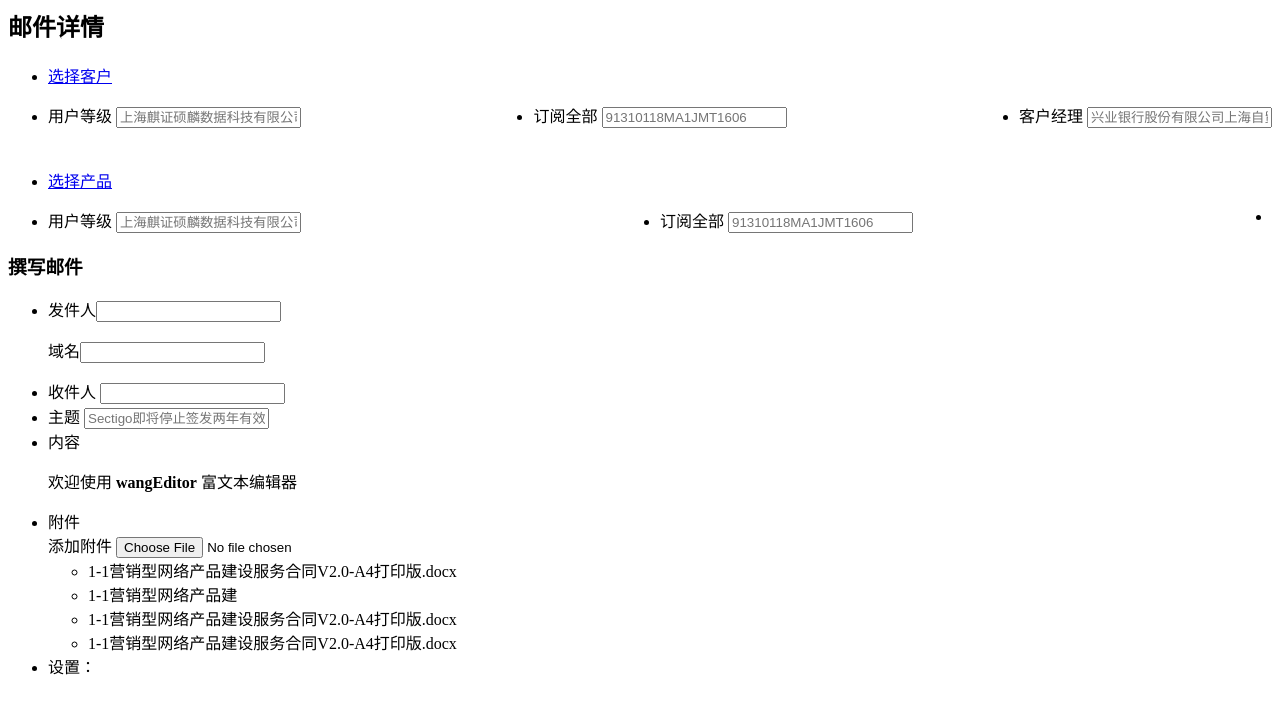
Repository: wangyan466393/racentSystem
Page: createEmail.html
These files come from the project's save history. The page is drawn as it stood at one moment and after the next save; the edit follows.
The browser window is 1280 px wide. The pictures show the whole page.

Above is the page before, as saved 2020-08-11 13:54:15.
Console error: ReferenceError: $ is not defined

### createEmail.html
<div id="content_box" class="createEmail_box">
    <h2>邮件详情</h2>
    <ul id="tab">
        <li style="background-color: #fff;"><a href="#">选择客户</a></li>
    </ul>
    <div id="content" style="margin-bottom: 40px;">
        <div id="order_all" >
            <div class="email_content">
                <ul style="display: flex;justify-content: space-between;">
                    <li>
                            <label for="">用户等级</label>
                            <input type="text" placeholder="上海麒证硕麟数据科技有限公司">
                    </li>
                    <li>
                        <label for="">订阅全部</label>
                            <input type="text" placeholder="91310118MA1JMT1606">
                    </li>
                    <li>
                       <label for="">客户经理</label>
                            <input type="text" placeholder="兴业银行股份有限公司上海自贸试验区支行">
                    </li>
                </ul>
                <!-- <table id="">
                    <tr>
                        <td>
                            <label for="">用户等级</label>
                            <input type="text" placeholder="上海麒证硕麟数据科技有限公司">
                        </td>
                        <td>
                            <label for="">订阅全部</label>
                            <input type="text" placeholder="91310118MA1JMT1606">
                        </td>
                        <td>
                            <label for="">客户经理</label>
                            <input type="text" placeholder="兴业银行股份有限公司上海自贸试验区支行">
                        </td>
                    </tr>
                </table> -->
            </div>
        </div>
    </div>
    <ul id="tab">
        <li style="background-color: #fff;"><a href="#">选择产品</a></li>
    </ul>
    <div id="content">
        <div id="order_all" >
            <div class="email_content">
                <ul style="display: flex;justify-content: space-between;">
                    <li>
                            <label for="">用户等级</label>
                            <input type="text" placeholder="上海麒证硕麟数据科技有限公司">
                    </li>
                    <li>
                        <label for="">订阅全部</label>
                            <input type="text" placeholder="91310118MA1JMT1606">
                    </li>
                    <li>

                    </li>
                </ul>
            </div>
        </div>
    </div>
</div>

<div class="edit_box">
    <h3>撰写邮件</h3>

    <div class="edit_content">
        <ul>
            <li>

                <p>
                    <span>发件人</span><input type="text" class="sender">
                </p>
                <p>
                    <span>域名</span><input type="text" class="domain_name">
                </p>

            </li>
            <li>
                <span>收件人</span>
                <input type="text" class="attn">
            </li>
            <li>
                <span>主题</span>
                <input type="text" class="theme" placeholder="Sectigo即将停止签发两年有效期证书，倒计时仅27天！">
            </li>
            <li>
                <span>内容</span>
                <div id="editor">
                    <p>欢迎使用 <b>wangEditor</b> 富文本编辑器</p>
                </div>
            </li>
            <li>
                <span>附件</span>
                <div class="upload-box">
                    <label for="file" class="upload-label">
                        添加附件
                        <input class="file-upload" type="file" id="file">
                    </label>
                </div>
                <div>
                    <ul class="file_view">
                        <li>1-1营销型网络产品建设服务合同V2.0-A4打印版.docx</li>
                        <li>1-1营销型网络产品建</li>
                        <li>1-1营销型网络产品建设服务合同V2.0-A4打印版.docx</li>
                        <li>1-1营销型网络产品建设服务合同V2.0-A4打印版.docx</li>
                    </ul>
                </div>
            </li>
            <li>
                <span>设置：</span>
            </li>
        </ul>
    </div>
</div>

<script src="js/wangEditor.min.js"></script>
<script type="text/javascript">


    $(".file-upload").change(function(){
       var file = $(this)[0].files[0];
        var reg= /\.(doc|docx|xlsx)$/;
        if((file.size / 1024 / 1024) > 10) {
            alert("your file size if out of 10M limit");
            return;
        } else if(!reg.test(file.name)) {
            alert("请上传文本文件");
            return;
        }

        $(".file_view").append("<li>"+file.name+"</li>")
    })



        var E = window.wangEditor
        var editor = new E('#editor')
        // 或者 var editor = new E( document.getElementById('editor') )
        editor.customConfig.menus =[
            'head',  // 标题
            'bold',  // 粗体
            'fontSize',  // 字号
            'fontName',  // 字体
            'italic',  // 斜体
            'underline',  // 下划线
            'strikeThrough',  // 删除线
            'foreColor',  // 文字颜色
            'backColor',  // 背景颜色
            'link',  // 插入链接
            'list',  // 列表
            'justify',  // 对齐方式
            'quote',  // 引用
            'emoticon',  // 表情
            'image',  // 插入图片
            'table',  // 表格
            'video',  // 插入视频
            'code',  // 插入代码
            'undo',  // 撤销
            'redo'  // 重复
        ]
        editor.create()

</script>

Loaded but not shown: js/wangEditor.min.js (library)

After the next save:
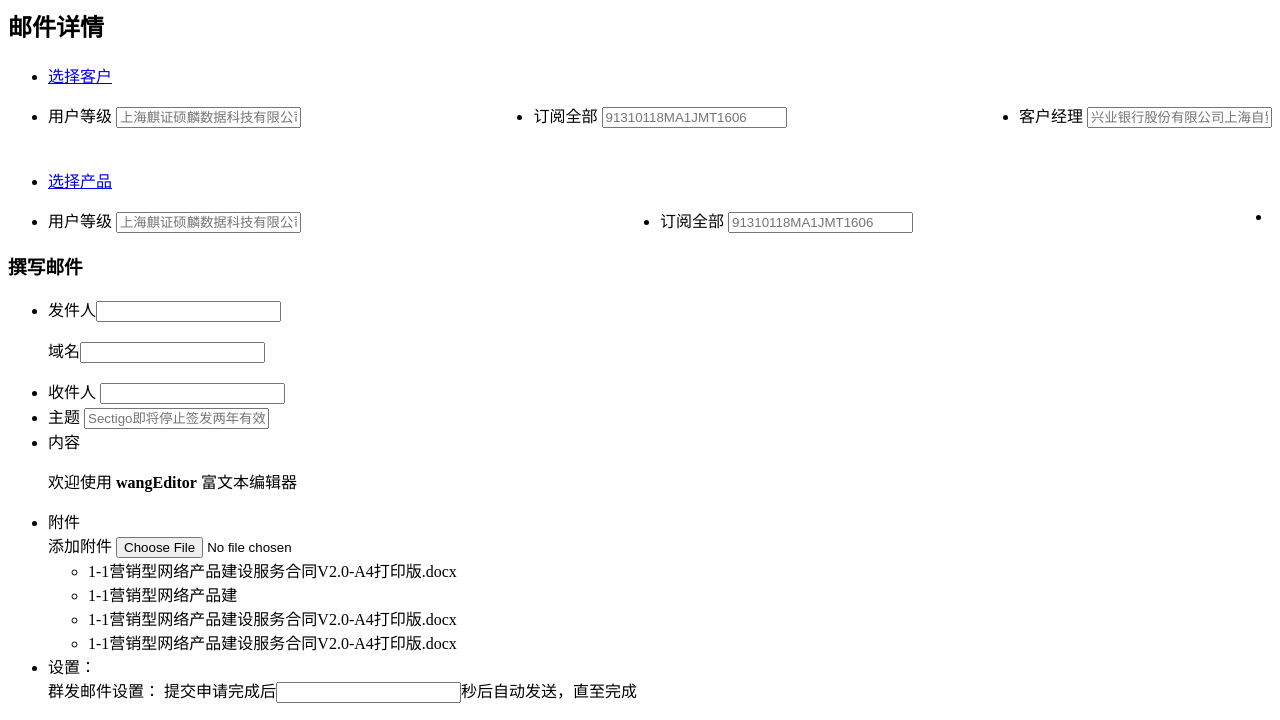
Saved 90 s later.
--- a/createEmail.html
+++ b/createEmail.html
@@ -111,6 +111,10 @@
             </li>
             <li>
                 <span>设置：</span>
+                <div>
+                    群发邮件设置：
+                    提交申请完成后<input type="text">秒后自动发送，直至完成
+                </div>
             </li>
         </ul>
     </div>
